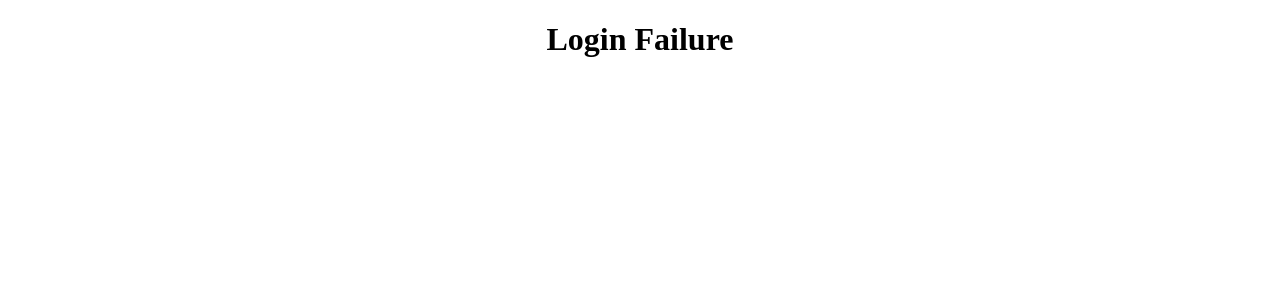
Repository: jaseem1999/JAVA
Page: server/smpleserver/src/main/webapp/WEB-INF/Failuer.html
An editor plug-in stored every save of this project. The page is shown before and after the next save, followed by the edit.
The browser window is 1280 px wide. The pictures show the whole page.

Above is the page before, as saved 2022-11-20 15:18:27.

After the next save:
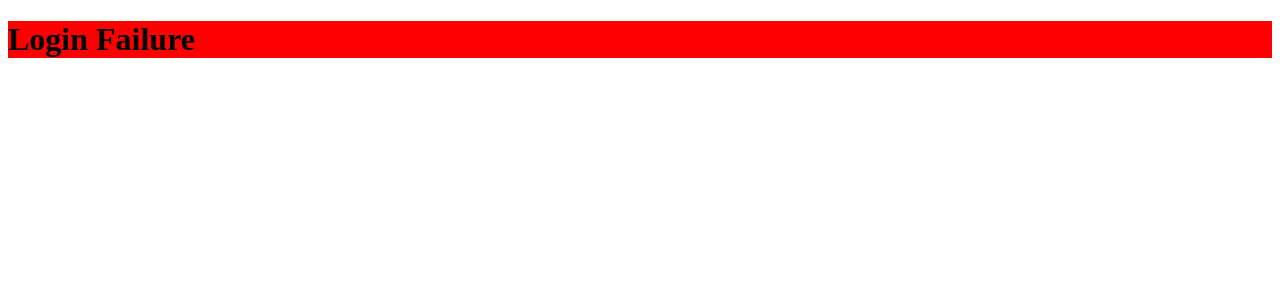
Saved 24 s later.
--- a/server/smpleserver/src/main/webapp/WEB-INF/Failuer.html
+++ b/server/smpleserver/src/main/webapp/WEB-INF/Failuer.html
@@ -5,6 +5,6 @@
 <title>Insert title here</title>
 </head>
 <body>
-	<h1 style="bg-color: red;"><center>Login Failure</center></h1>
+	<h1 style="background-color: red;">Login Failure</h1>
 </body>
 </html>
